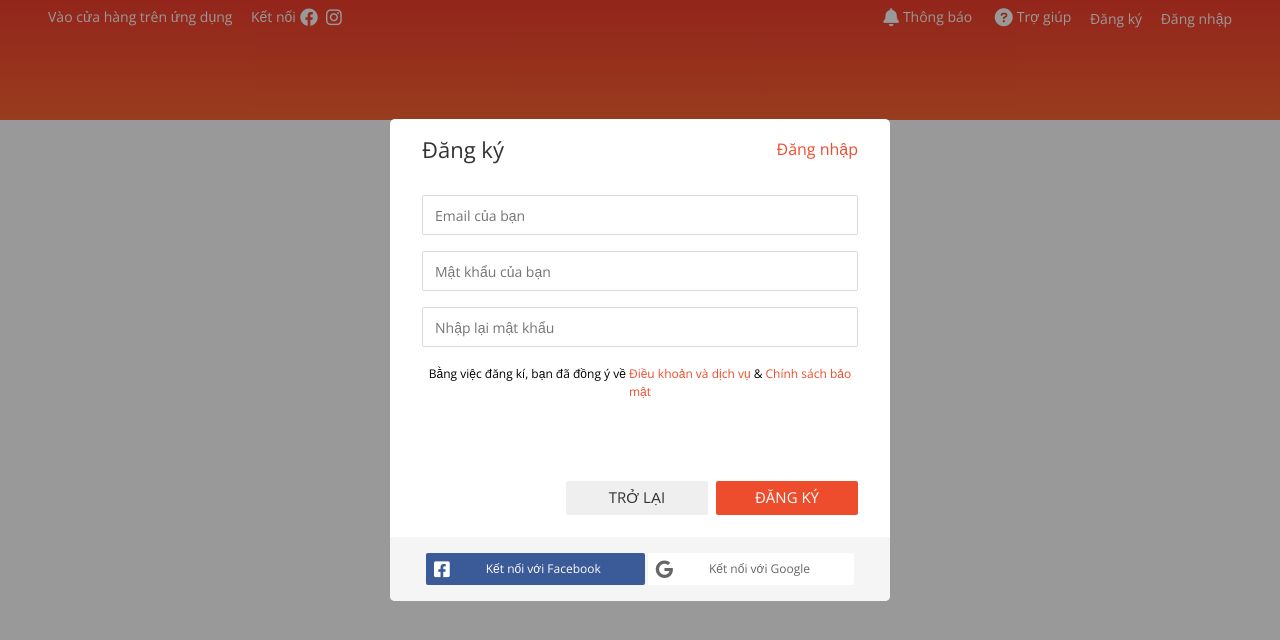
Repository: trongtamdev/Clone-Shopee-Page
Page: index.html
These files come from the project's save history. The page is drawn as it stood at one moment and after the next save; the edit follows.
The browser window is 1280 px wide. The pictures show the whole page.

Above is the page before, as saved 2022-07-08 22:24:20.

### index.html
<!DOCTYPE html>
<html lang="en">

<head>
    <meta charset="UTF-8">
    <meta http-equiv="X-UA-Compatible" content="IE=edge">
    <meta name="viewport" content="width=device-width, initial-scale=1.0">
    <title>Document</title>
    <link rel="stylesheet" href="https://cdnjs.cloudflare.com/ajax/libs/normalize/8.0.1/normalize.min.css">
    <link rel="stylesheet" href="assets/css/base.css">
    <link rel="stylesheet" href="assets/css/main.css">
    <link rel="stylesheet" href="assets/fonts/fontawesome-free-6.1.1/css/all.min.css">
    <link href="https://fonts.googleapis.com/css2?family=Open+Sans:wght@300;400;500;700&display=swap" rel="stylesheet">
</head>
    <div class="app">
        <header class="header">
            <div class="grid">
                <nav class="header__navbar">
                    <ul class="header__navbar-list">
                        <li class="header__navbar-item header__navbar-item--has-qr">
                            Vào cửa hàng trên ứng dụng
                            <div class="header__qr">
                                <img src="assets/img/qr_code.png" alt="QR code" class="header__qr-img">
                                <div class="header__qr-apps">
                                    <a href="" class="header__qr-link">
                                        <img src="assets/img/google_play.png" alt="Google play" class="header__qr-download-img">
                                    </a>
                                    <a href="" class="header__qr-link">
                                        <img src="assets/img/app_store.png" alt="App store" class="header__qr-download-img">
                                    </a>
                                </div>
                            </div>
                        </li>
                        <li class="header__navbar-item">
                            <span class="header__navbar-title--no-pointer">Kết nối</span>
                            <a href="" class="header__navbar-icon-link">
                                <i class="header__navbar-icon fa-brands fa-facebook"></i>
                            </a>
                            <a href="" class="header__navbar-icon-link">
                                <i class="header__navbar-icon fa-brands fa-instagram"></i>
                            </a>
                        </li>
                    </ul>

                    <ul class="header__navbar-list">
                        <li class="header__navbar-item">
                            <a href="" class="header__navbar-item-link">
                                <i class="header__navbar-icon fa-solid fa-bell"></i>
                                Thông báo</a>
                        </li>

                        <li class="header__navbar-item">
                            <a href="" class="header__navbar-item-link">
                                <i class="header__navbar-icon fa-solid fa-circle-question"></i>
                                Trợ giúp</a>
                        </li>

                        <li class="header__navbar-item header__navbar-item--strong">Đăng ký</li>
                        <li class="header__navbar-item header__navbar-item--strong">Đăng nhập</li>
                    </ul>
                </nav>
            </div>

        </header>

        <div class="container">

        </div>

        <footer class="footer">

        </footer>
    </div>
    <div class="modal">
        <div class="modal__overlay">

        </div>
        <div class="modal__body">

            <!-- Auth form -->
            <div class="auth-form">
                <div class="auth-form__container">
                    <div class="auth-form__header">
                        <h3 class="auth-form__heading">Đăng ký</h3>
                        <span class="auth-form__switch-btn">Đăng nhập</span>
                    </div>

                    <div class="auth-form__form">
                        <div class="auth-form__group">
                            <input type="text" class="auth-form__input" placeholder="Email của bạn">
                        </div>

                        <div class="auth-form__group">
                            <input type="password" class="auth-form__input" placeholder="Mật khẩu của bạn">
                        </div>

                        <div class="auth-form__group">
                            <input type="password" class="auth-form__input" placeholder="Nhập lại mật khẩu">
                        </div>
                    </div>

                    <div class="auth-form__aside">
                        <p class="auth-form__policy-text">
                            Bằng việc đăng kí, bạn đã đồng ý về
                            <a href="" class="auth-form__text-link">Điều khoản và dịch vụ</a> &
                            <a href="" class="auth-form__text-link">Chính sách bảo mật</a>
                        </p>
                    </div>

                    <div class="auth-form__controls">
                        <button class="btn btn--normal auth-form__controls-back">TRỞ LẠI</button>
                        <button class="btn btn--primary">ĐĂNG KÝ</button>
                    </div>
                </div>

                <div class="auth-form__socials">
                    <a href="" class="btn auth-form__socials--facebook btn--size-s btn--with-icon">
                        <i class="auth-form__socials-icon fa-brands fa-facebook-square"></i>
                        <span class="auth-form__socials-title">
                            Kết nối với Facebook
                        </span>
                    </a>

                    <a href="" class="btn auth-form__socials--google btn--size-s btn--with-icon">
                        <i class="auth-form__socials-icon fa-brands fa-google"></i>
                        <span class="auth-form__socials-title">
                        Kết nối với Google
                        </span>
                    </a>
                </div>
            </div>
        </div>
    </div>
<body>

</body>

</html>

### assets/css/base.css
:root {
    --white-color :#fff;
    --back-color :#000;
    --text-color : #333;
    --primary-color: #EE4D2D;
    --border-color: #dbdbdb;
}

*{
    box-sizing: inherit;
}

html {
    font-size: 62.5%;
    line-height: 1.6rem;
    font-family: 'Open Sans', sans-serif;;
    box-sizing: border-box;
}

.grid {
    width: 1200px;
    max-width: 100%;
    margin: 0 auto;
}

.grid__full-width {
    width: 100%;
}

.grid__row {
    display: flex;
    flex-wrap: wrap
}

/* Animation */
@keyframes fadeIn {
    from {
        opacity: 0;
    }to {
        opacity: 1;
    }
}

/* Modal */

.modal {
    position: fixed;
    top: 0;
    right: 0;
    bottom: 0;
    left: 0;
    display: flex;
}

.modal__overlay {
    position: absolute;
    width: 100%;
    height: 100%;
    background-color: rgba(0, 0, 0, 0.4);
}

.modal__body {
    margin: auto;
    position: relative;
    z-index: 1;
}

/* Button Style */
.btn {
    min-width: 142px;
    height: 34px;
    text-decoration: none;
    border: none;
    border-radius: 2px;
    font-size: 1.5rem;
    padding: 0 12px;
    outline: none;
    cursor: pointer;
    color: var(--text-color);
    display: flex;
    align-items: center;
    justify-content: center;
}

.btn.btn--normal:hover {
    background-color: rgba(0, 0, 0, 0.2);
}

.btn.btn--size-s {
    height: 32px;
    font-size: 12px;
    padding: 0 8px;
}


.btn.btn--primary {
    color: var(--white-color);
    background-color: var(--primary-color);
}

.btn.btn--disabled {
    color: #949494;
    cursor: default;
    background-color: #c3c3c3;
}

### assets/css/main.css
.header {
    height: 120px;
    background-image: linear-gradient(0, #fe6433, #f53e2d);
}

.header__navbar {
    display: flex;
    justify-content: space-between;
}

.header__navbar-list {
    list-style: none;
    padding: 0;
    margin-top: 4px;
}

.header__navbar-item {
    margin: 0 8px;
    position: relative;
    min-height: 26px;
}

.header__navbar-item--has-qr:hover .header__qr {
    display: block;
}

.header__navbar-item,
.header__navbar-item-link{
    display: inline-block;
    font-size: 1.4rem;
    color :var(--white-color);
    text-decoration: none;
    font-weight: 300;
}

.header__navbar-item,
.header__navbar-item-link,
.header__navbar-icon-link {
    display: inline-flex;
    align-items: center;
}

.header__navbar-item:hover,
.header__navbar-item-link:hover,
.header__navbar-icon-link:hover{
    cursor: pointer;
    color: rgba(255, 255, 255, 0.7);
}

.header__navbar-item--strong {
    font-weight: 400;
}


.header__navbar-icon-link {
    color: var(--white-color);
    text-decoration: none;
}

.header__navbar-icon {
    font-size: 1.8rem;
    margin: 0 4px;
}

.header__navbar-title--no-pointer {
    color: var(--white-color);
    cursor: text;
}

/* Header QR code */

.header__qr {
    width: 186px;
    background-color: var(--white-color);
    position: absolute;
    left: 0;
    top: 118%;
    padding: 8px;
    border-radius: 2px;
    display: none;
    animation: fadeIn ease-in 0.5s;
}

.header__qr::before {
    position: absolute;
    left: 0;
    top: -16px;
    width: 100%;
    height: 20px;
    content: "";
    display: block;
}

.header__qr-img {
    width: 100%;
}

.header__qr-apps {
    display: flex;
}

.header__qr-link:nth-child(1) {
    margin-left: 11px;
}

.header__qr-link:nth-child(2) {
    margin-right: 11px;
}

.header__qr-download-img {
    height: 18px;
}


/* Authen Modal */

.auth-form {
    width: 500px;
    background-color: var(--white-color);
    border-radius: 5px;
    overflow: hidden;
}


.auth-form__container {
    padding: 0 32px;
}

.auth-form__header {
    display: flex;
    align-items: center;
    justify-content: space-between;
}

.auth-form__heading {
    font-size: 2.2rem;
    font-weight: 400;
    color: var(--text-color);
}

.auth-form__switch-btn {
    font-size: 1.6rem;
    font-weight: 400;
    color: var(--primary-color);
    cursor: pointer;
}

.auth-form__form {

}

.auth-form__input {
    width: 100%;
    height: 40px;
    margin-top: 16px;
    padding: 0 12px;
    font-size: 1.4rem;
    border: 1px solid var(--border-color);
    border-radius: 2px;
    outline: none;
}

.auth-form__input:focus {
    border-color: #777;
}

.auth-form__aside {
    margin-top: 18px;
}

.auth-form__policy-text {
    font-size: 1.2rem;
    line-height: 1.8rem;
    text-align: center;
    padding: 0 12pxs;
}

.auth-form__text-link {
    text-decoration: none;
    color: var(--primary-color);
}

.auth-form__controls {
    display: flex;
    justify-content: flex-end;
    margin-top: 80px;
}

.auth-form__controls-back {
    margin-right: 8px;
}

.auth-form__socials {
    background-color: #f5f5f5;
    padding: 16px 36px;
    display: flex;
    justify-content: space-between;
    margin-top: 22px;
}

.auth-form__socials-icon {
    font-size: 1.8rem;

}

.auth-form__socials--facebook {
    color: var(--white-color);
    background-color: #3A5A98;
}

.auth-form__socials--facebook
.auth-form__socials-icon {
    color: var(--white-color);
}

.auth-form__socials-title {
    margin: 0 36px;
}

.auth-form__socials--google {
    background-color: var(--white-color);
    color: #666;
}

Loaded but not shown: assets/fonts/fontawesome-free-6.1.1/css/all.min.css (library)

After the next save:
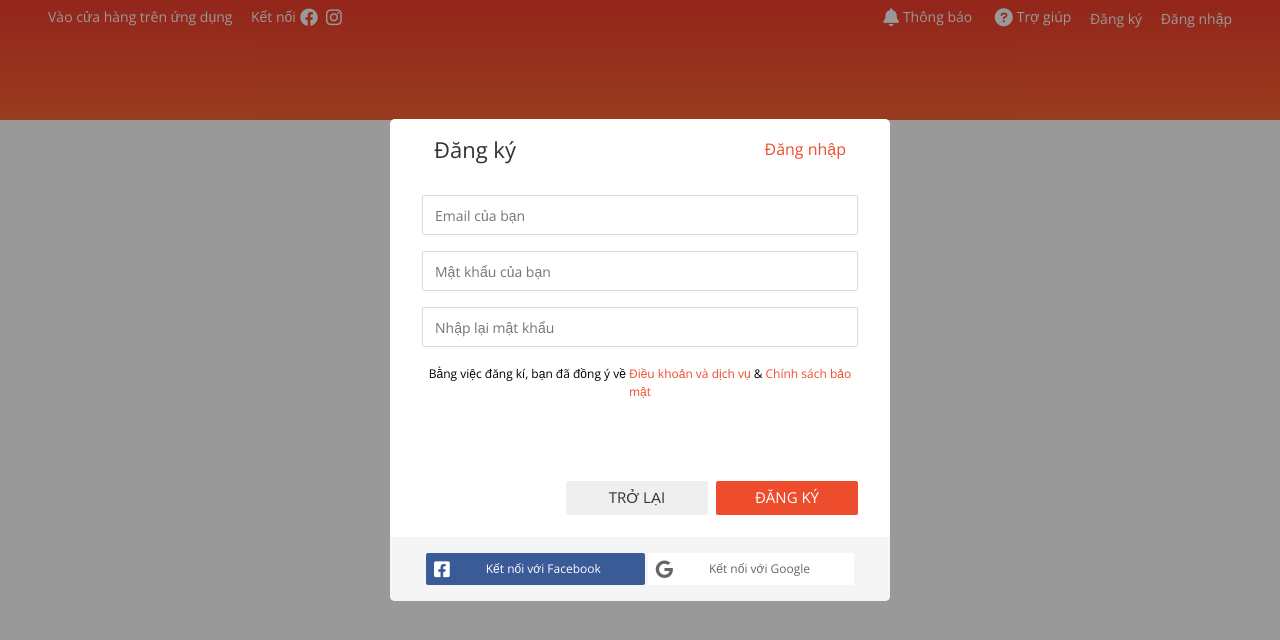
Saved 16 h 1 min later.
--- a/assets/css/main.css
+++ b/assets/css/main.css
@@ -130,6 +130,7 @@
     display: flex;
     align-items: center;
     justify-content: space-between;
+    padding: 0 12px;
 }
 
 .auth-form__heading {
